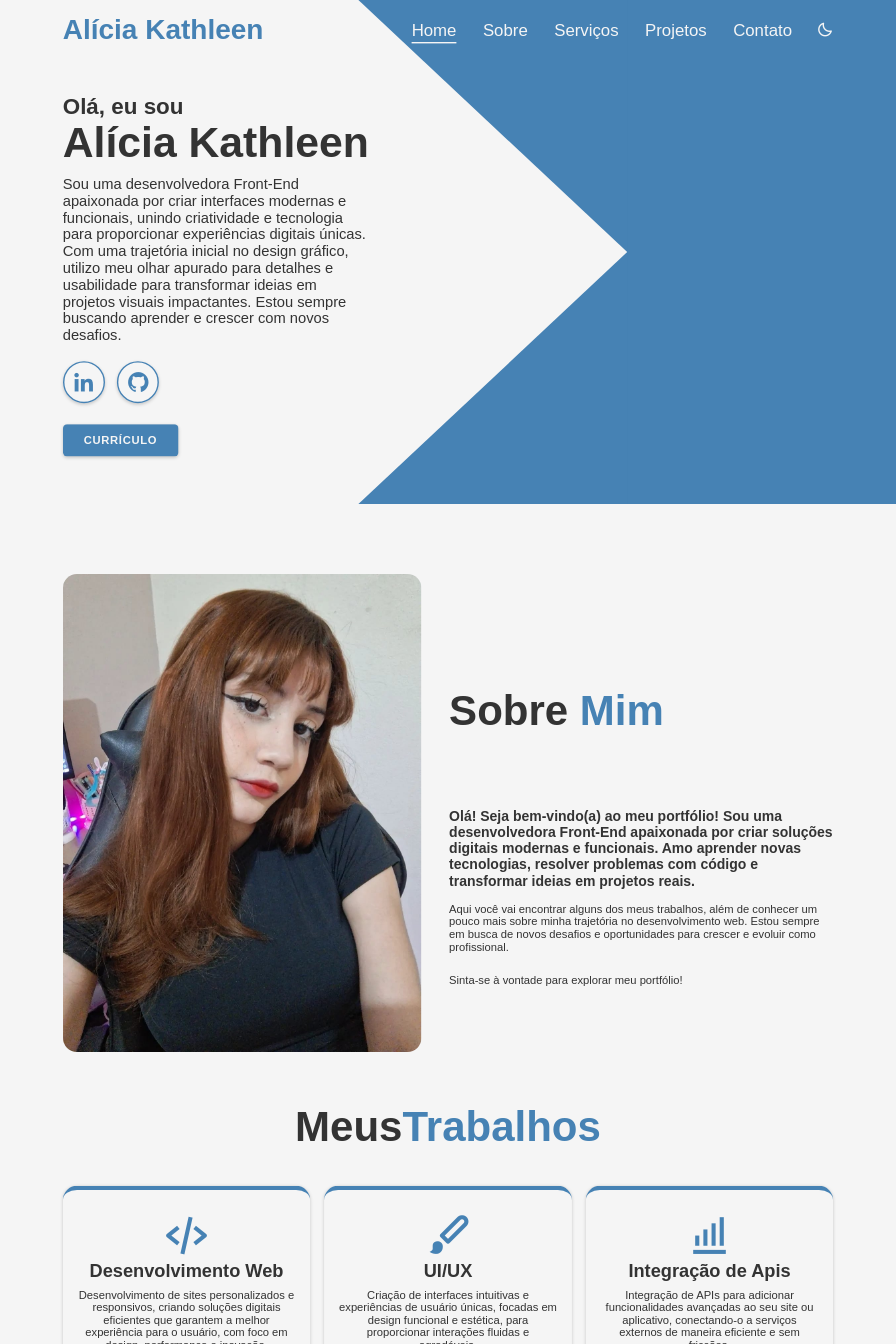
Repository: AliciaKathleen/portfolio-2025
Page: index.html
These files come from the project's save history. The page is drawn as it stood at one moment and after the next save; the edit follows.
The browser window is 1280 px wide. The pictures show the part of the page from y = 0 to 1920 px (the page is 3946 px tall), at 70% of full size.

Above is the page before, as saved 2025-01-27 17:03:53.
Console error: TypeError: Cannot read properties of null (reading 'classList')

After the next save:
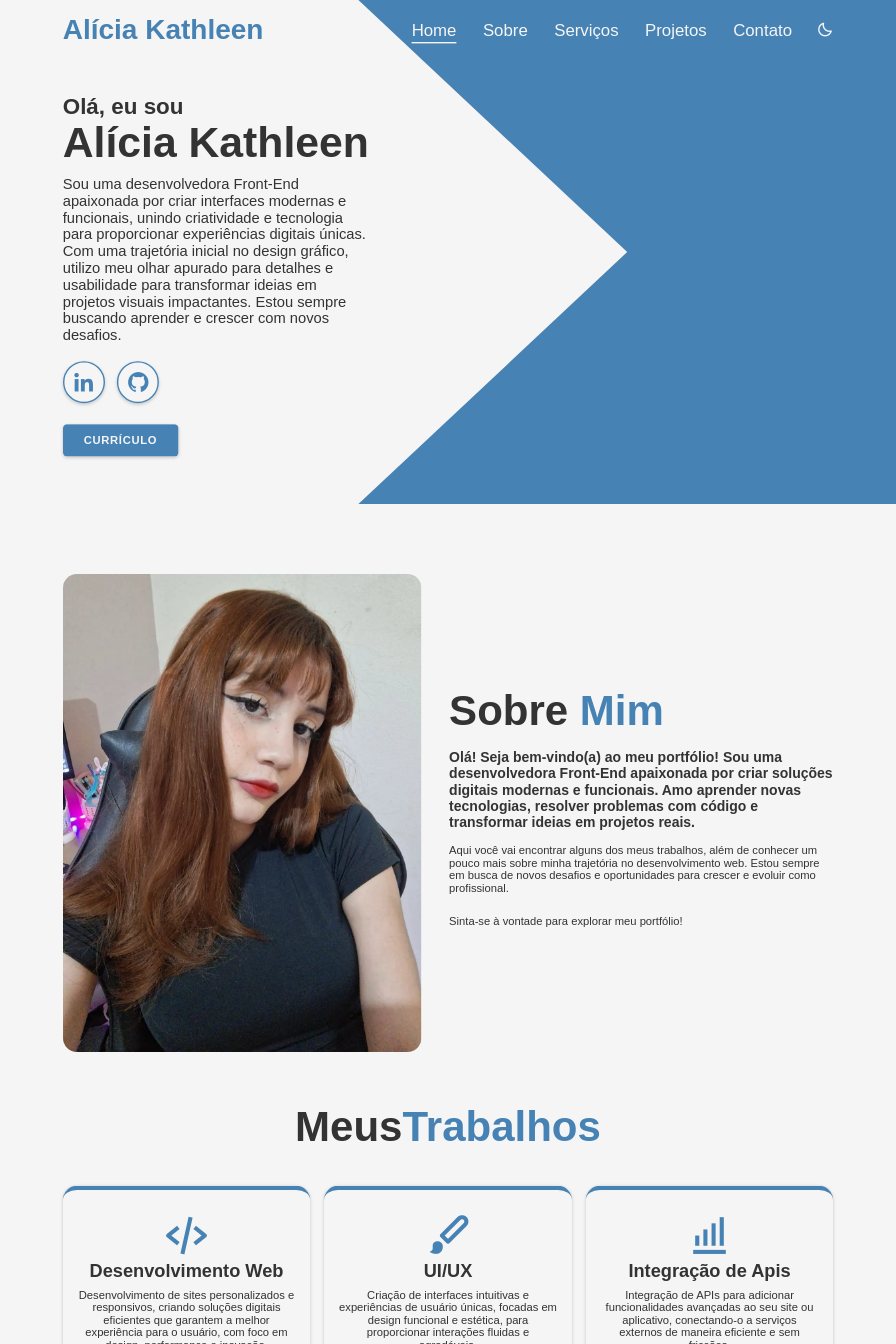
Saved 7 s later.
--- a/style.css
+++ b/style.css
@@ -282,7 +282,7 @@ span {
 .about-content h2 {
     margin-top: 1rem;
     text-align: left;
-    line-height: 4;
+    line-height: 1.2;
 }
 
 .about-content h3 {
